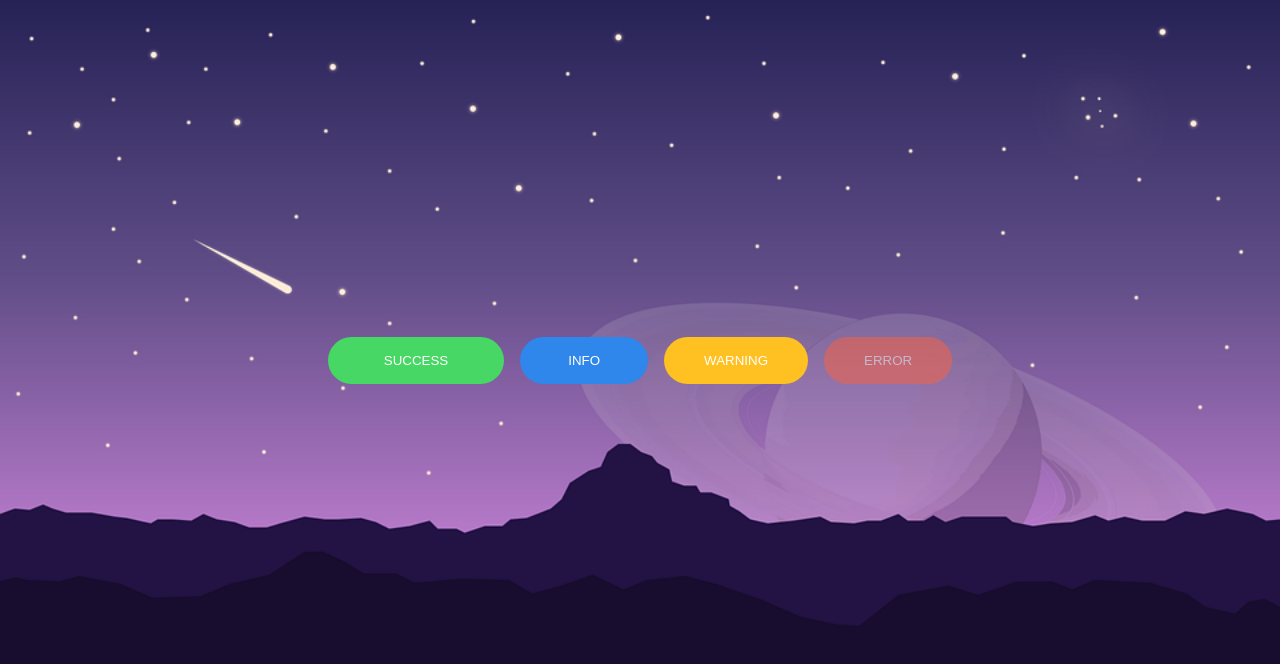
Repository: hoangtranduchai/toast-message
Page: index.html
The author's editor kept a copy of each file at every save. The page is drawn from the files as they stood at one save, then again after the next save.
The browser window is 1280 px wide. The pictures show the whole page.
Some web libraries are served in a nearby version.

Above is the page before, as saved 2021-08-18 17:07:23.

After the next save:
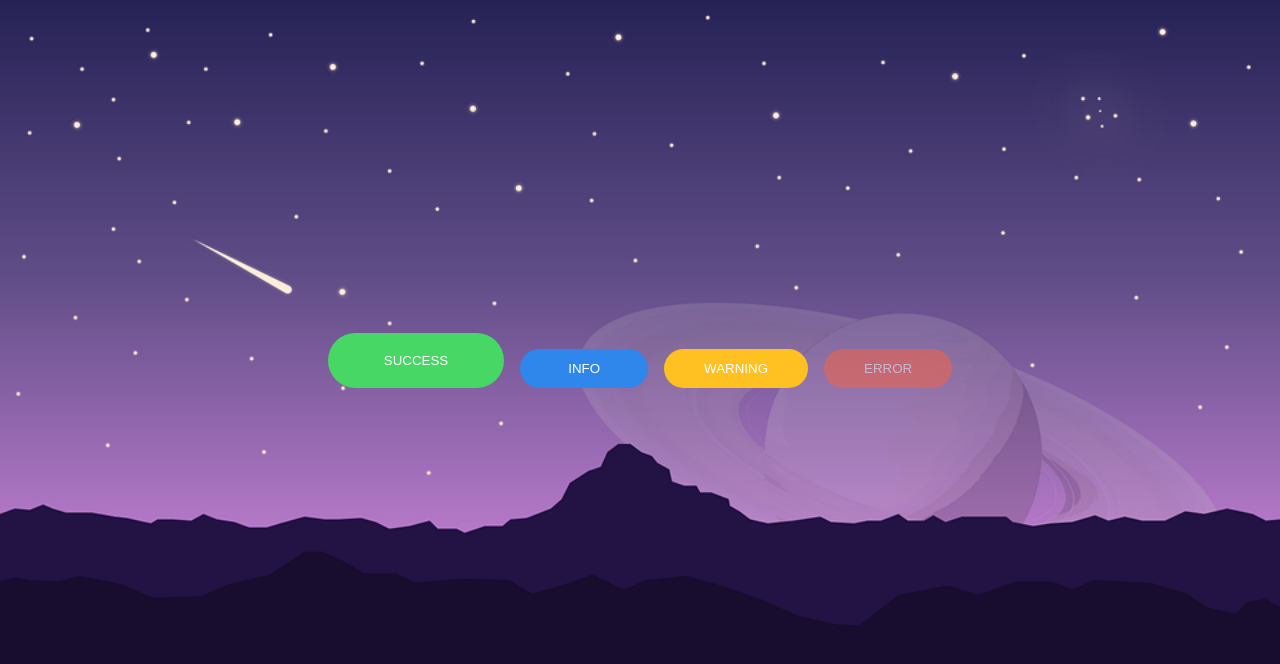
Saved 47 s later.
--- a/assets/css/style.css
+++ b/assets/css/style.css
@@ -45,6 +45,7 @@ body > div {
 
 .btn + .btn {
   margin-left: 16px;
+  margin-top: 16px;
 }
 
 .btn--success {
